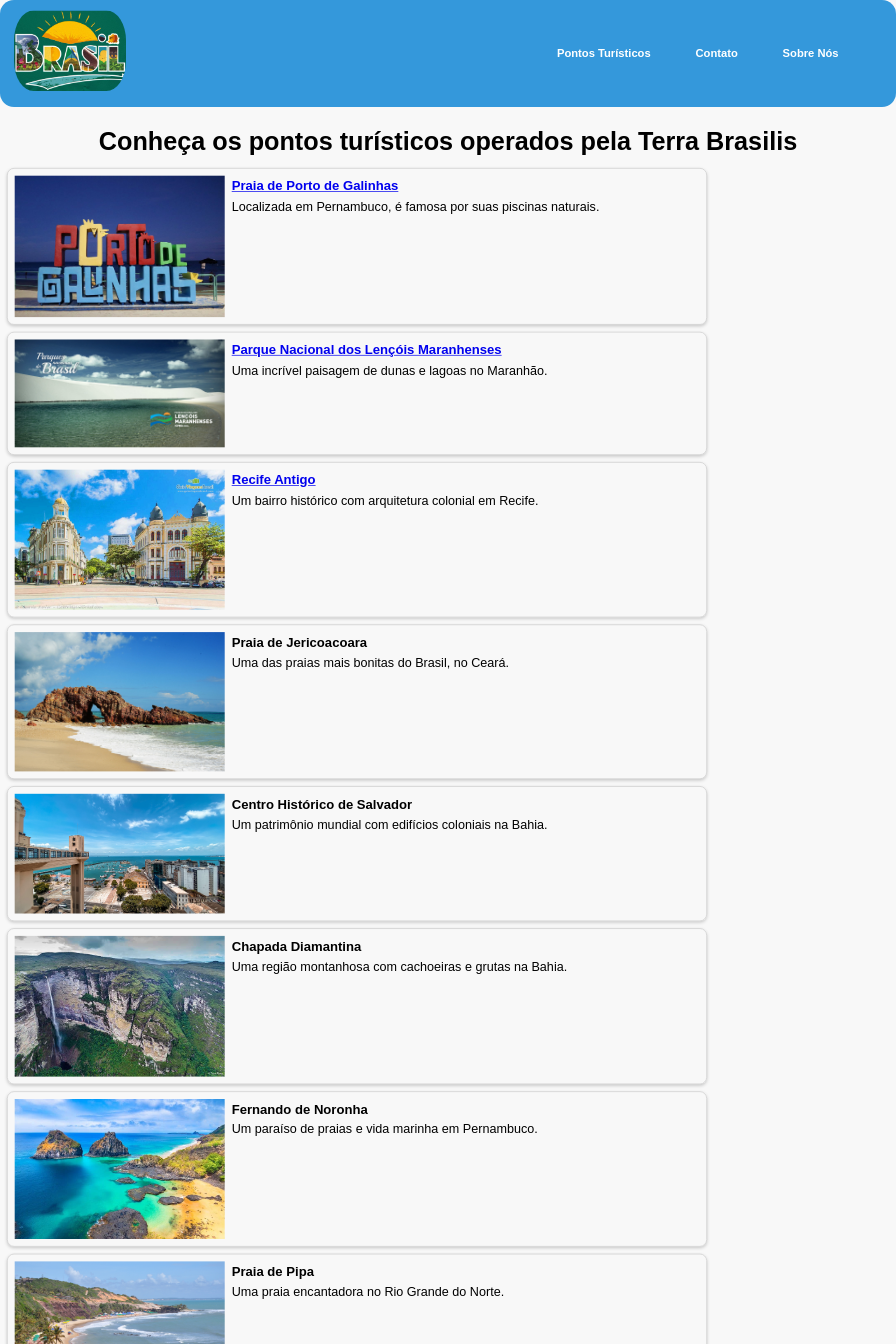
Repository: rodrigototy/ETE-PE
Page: tourism-agency/pages/pontos_turisticos.html
The author's editor kept a copy of each file at every save. The page is drawn from the files as they stood at one save, then again after the next save.
The browser window is 1280 px wide. The pictures show the part of the page from y = 0 to 1920 px (the page is 2580 px tall), at 70% of full size.

Above is the page before, as saved 2024-04-04 22:47:10.

### tourism-agency/pages/pontos_turisticos.html
<!DOCTYPE html>
<html lang="pt-BR">
  <head>
    <meta charset="UTF-8" />
    <meta name="viewport" content="width=device-width, initial-scale=1.0" />
    <link
      rel="shortcut icon"
      href="../static/img/favicon.ico"
      type="image/x-icon"
    />
    <link rel="stylesheet" href="../static/css/style-pontos.css" />
    <title>Pontos Turísticos no Nordeste</title>
    <script src="../static/js/submain.js" defer></script>
  </head>
  <body>
    <div id="header"></div>
    <main>
      <div class="subtitle">
        <h1>Conheça os pontos turísticos operados pela Terra Brasilis</h1>
      </div>
      <div class="card">
        <img
          src="../static/img/porto-de-galinhas.jpg"
          alt="Praia de Porto de Galinhas"
        />
        <div class="texto">
          <h3><a href="porto-galinhas.html">Praia de Porto de Galinhas</a></h3>
          <p>Localizada em Pernambuco, é famosa por suas piscinas naturais.</p>
        </div>
      </div>

      <div class="card">
        <img
          src="../static/img/parque_lencois.jpg"
          alt="Parque Nacional dos Lençóis Maranhenses"
        />
        <div class="texto">
          <h3>
            <a href="lencois-maranhenses.html"
              >Parque Nacional dos Lençóis Maranhenses</a
            >
          </h3>
          <p>Uma incrível paisagem de dunas e lagoas no Maranhão.</p>
        </div>
      </div>

      <div class="card">
        <img src="../static/img/recife-antigo.jpg" alt="Recife Antigo" />
        <div class="texto">
          <h3><a href="marco-zero.html">Recife Antigo</a></h3>
          <p>Um bairro histórico com arquitetura colonial em Recife.</p>
        </div>
      </div>

      <div class="card">
        <img
          src="../static/img/praia-jericoacoara.jpeg"
          alt="Praia de Jericoacoara"
        />
        <div class="texto">
          <h3>Praia de Jericoacoara</h3>
          <p>Uma das praias mais bonitas do Brasil, no Ceará.</p>
        </div>
      </div>

      <div class="card">
        <img
          src="../static/img/centro-salvador.jpg"
          alt="Centro Histórico de Salvador"
        />
        <div class="texto">
          <h3>Centro Histórico de Salvador</h3>
          <p>Um patrimônio mundial com edifícios coloniais na Bahia.</p>
        </div>
      </div>

      <div class="card">
        <img
          src="../static/img/chapada-diamantina.jpg"
          alt="Chapada Diamantina"
        />
        <div class="texto">
          <h3>Chapada Diamantina</h3>
          <p>Uma região montanhosa com cachoeiras e grutas na Bahia.</p>
        </div>
      </div>

      <div class="card">
        <img
          src="../static/img/fernando-de-noronha.jpg"
          alt="Fernando de Noronha"
        />
        <div class="texto">
          <h3>Fernando de Noronha</h3>
          <p>Um paraíso de praias e vida marinha em Pernambuco.</p>
        </div>
      </div>

      <div class="card">
        <img src="../static/img/praia-de-pipa.jpg" alt="Praia de Pipa" />
        <div class="texto">
          <h3>Praia de Pipa</h3>
          <p>Uma praia encantadora no Rio Grande do Norte.</p>
        </div>
      </div>

      <div class="card">
        <img
          src="../static/img/delta-do-parnaíba.jpg"
          alt="Delta do Parnaíba"
        />
        <div class="texto">
          <h3>Delta do Parnaíba</h3>
          <p>Um delta de rios e manguezais no Piauí.</p>
        </div>
      </div>

      <div class="card">
        <img src="../static/img/porto-seguro.jpg" alt="Porto Seguro" />
        <div class="texto">
          <h3>Porto Seguro</h3>
          <p>Um destino histórico e de praias na Bahia.</p>
        </div>
      </div>
    </main>
    <div id="footer"></div>
  </body>
</html>

### tourism-agency/static/css/style-pontos.css
/* Reset de estilos padrão */
@import url('modules/module-reset.css');

/* Estilos globais */
@import url('modules/module-global.css');

/* Estilizar o header */
@import url('modules/module-header.css');

/* Estilizar o footer */
@import url('modules/module-footer.css');

/* Estilizar o h1 do main */
@import url('modules/module-main.css');

/* Estilizar os page cards */
@import url('modules/module-page-cards.css');

### tourism-agency/static/js/submain.js
document.addEventListener("DOMContentLoaded", function () {
  const header = document.getElementById("header");
  const footer = document.getElementById("footer");

  // Carrega o header
  fetch("../static/templates/submain/header.html")
    .then((response) => response.text())
    .then((data) => {
      header.innerHTML = data;
    });

  // Carrega o footer
  fetch("../static/templates/submain/footer.html")
    .then((response) => response.text())
    .then((data) => {
      footer.innerHTML = data;
    });
});

### tourism-agency/static/css/modules/module-reset.css
/* Reset de estilos padrão */
* {
    margin: 0;
    padding: 0;
    box-sizing: border-box;
  }

### tourism-agency/static/css/modules/module-global.css
/* Estilos globais */
body {
    font-family: Arial, sans-serif;
    background-color: #f8f8f8;
    line-height: 1.6;
    margin: 0;
  }

  .container {
    max-width: 1200px;
    margin: 0 auto;
    padding: 20px;
    border-radius: 20px;
  }

### tourism-agency/static/css/modules/module-header.css
/* Estilizar o header */
header {
  background-color: #3498db;
  color: #fff;
  padding: 10px 0;
  border-radius: 20px;
  display: flex;
  justify-content: space-between;
  align-items: center;
}

header img {
  max-width: 100%;
  height: auto;
  padding: 5px 20px;
  border-radius: 3rem;
}

nav {
  padding: 10px 50px;
}

nav ul {
  list-style: none;
  display: flex;
  display: flex;
  justify-self: center;
  margin: 0;
}

nav ul li {
  margin-left: 20px;
  text-align: center;
  margin: 2rem;
}

nav ul li a {
  text-decoration: none;
  color: #fff;
  font-weight: bold;
}

### tourism-agency/static/css/modules/module-footer.css
/* Estilizar o footer */
footer {
  background-color: #333;
  color: #fff;
  text-align: center;
  padding: 10px;
  display: flex;
  flex-direction: column;
  border-radius: 20px;
}

footer img {
  padding: 5px 20px;
  border-radius: 3rem;
}

footer p {
  margin: 0px;
}

footer a {
  text-decoration: none;
  color: #fff;
  font-weight: bold;
}

footer ul {
  list-style: none;
  display: flex;
  justify-content: flex-end;
}

footer li {
  margin-left: 10px;
}

.about {
  display: flex;
  align-items: center;
}

.about img {
  border-radius: 2rem;
}

### tourism-agency/static/css/modules/module-main.css
/* Estilizar o h1 do main */
main h1 {
    font-size: 36px;
    margin: 20px 0 0 0;
    text-align: center;
  }

### tourism-agency/static/css/modules/module-page-cards.css
/* Estilos do texto principal */
p {
  font-size: 18px;
  margin-bottom: 20px;
}

/* Estilos dos subtítulos (h2) */
h2 {
  font-size: 28px;
  margin-top: 20px;
  margin-bottom: 10px;
}

/* Estilos da lista de pontos turísticos */
ul {
  list-style-type: disc;
  margin-left: 20px;
  margin-bottom: 20px;
}

li {
  margin-bottom: 10px;
}

.card {
  display: flex;
  border: 1px solid #ccc;
  padding: 10px;
  margin: 10px;
  box-shadow: 0 2px 5px rgba(0, 0, 0, 0.2);
  border-radius: 10px;
  max-width: 1000px;
}

.card img {
  max-width: 300px;
  height: auto;
}

.texto {
  display: flex;
  flex-direction: column;
  align-content: flex-start;
  padding-left: 10px;
}

### tourism-agency/static/templates/submain/header.html
<header>
  <a href="../index.html">
    <img
      src="../static/img/logo-agency.png"
      alt="Logotipo Terra Brasilis"
      width="200"
    />
  </a>
  <nav>
    <ul>
      <li><a href="pontos_turisticos.html">Pontos Turísticos</a></li>
      <li><a href="contato.html">Contato</a></li>
      <li><a href="about.html">Sobre Nós</a></li>
    </ul>
  </nav>
</header>

### tourism-agency/static/templates/submain/footer.html

<footer>
    <div class="about">
      <img src="../static/img/logo-agency.png" alt="Logotipo Terra Brasilis" height="120"/>
      <div>
        <h2>Sobre nós</h2>
        <p>
          Terra Brasilis é um site que ajuda você a planejar sua viagem dentro
          do Brasil, desde a compra das passagens, até a visita aos pontos
          turísticos mais importantes de cada região!
        </p>
      </div>
      <div class="redes">
        <p>Siga-nos nas redes sociais</p>
      <ul>
        <li><a href="https://facebook.com">Facebook</a></li>
        <li><a href="https://instagram.com">Instagram</a></li>
        <li><a href="https://linkedin.com">Linkedin</a></li>
      </ul></div>
    </div>
    <a class="repository"
      href="https://github.com/rodrigototy/ETE-PE/tree/main/tourism-agency"
      >Veja o repositório da página no GitHub</a>
  </footer>

After the next save:
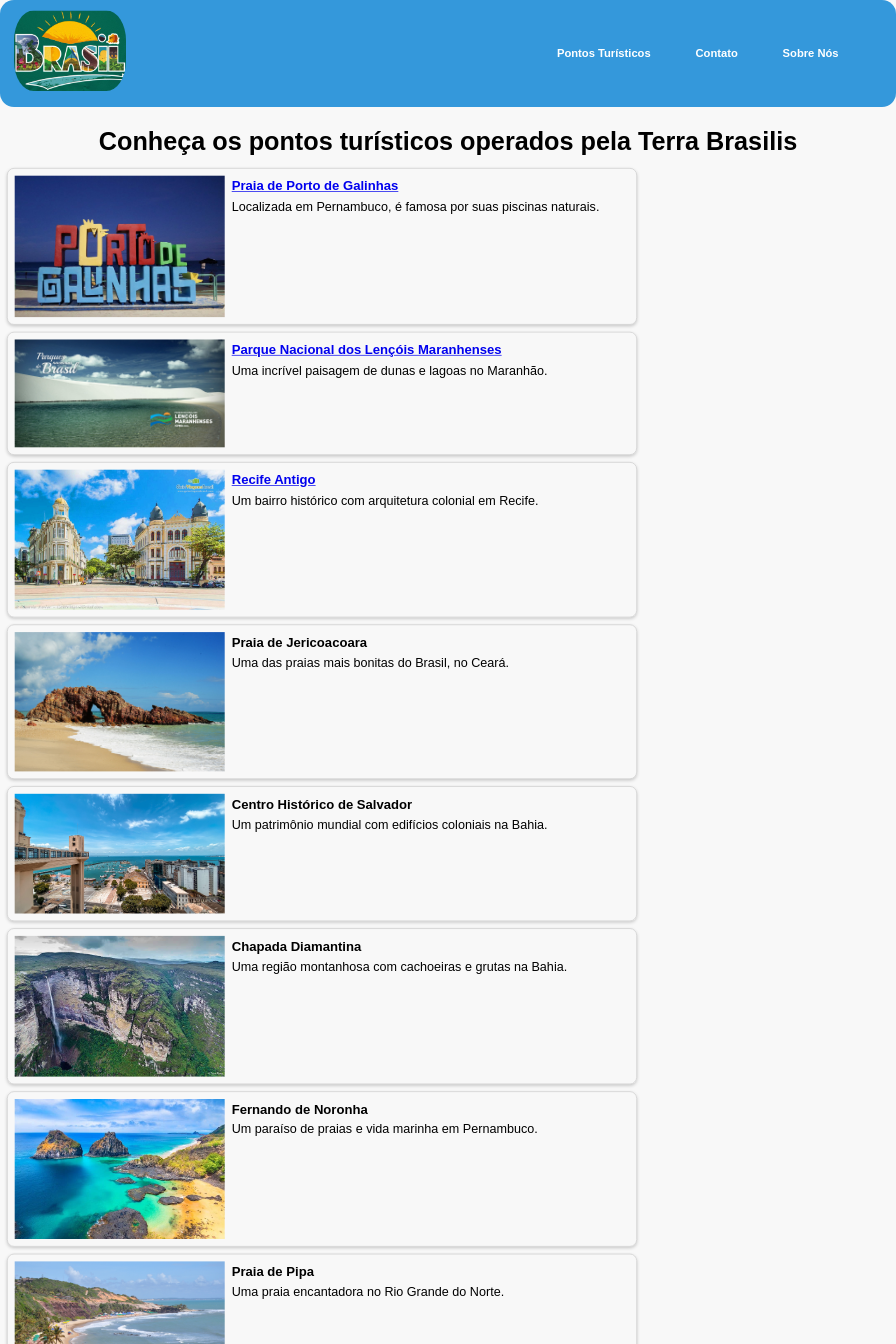
Saved 8 s later.
--- a/tourism-agency/static/css/modules/module-page-cards.css
+++ b/tourism-agency/static/css/modules/module-page-cards.css
@@ -29,7 +29,7 @@ li {
   margin: 10px;
   box-shadow: 0 2px 5px rgba(0, 0, 0, 0.2);
   border-radius: 10px;
-  max-width: 1000px;
+  max-width: 900px;
 }
 
 .card img {
